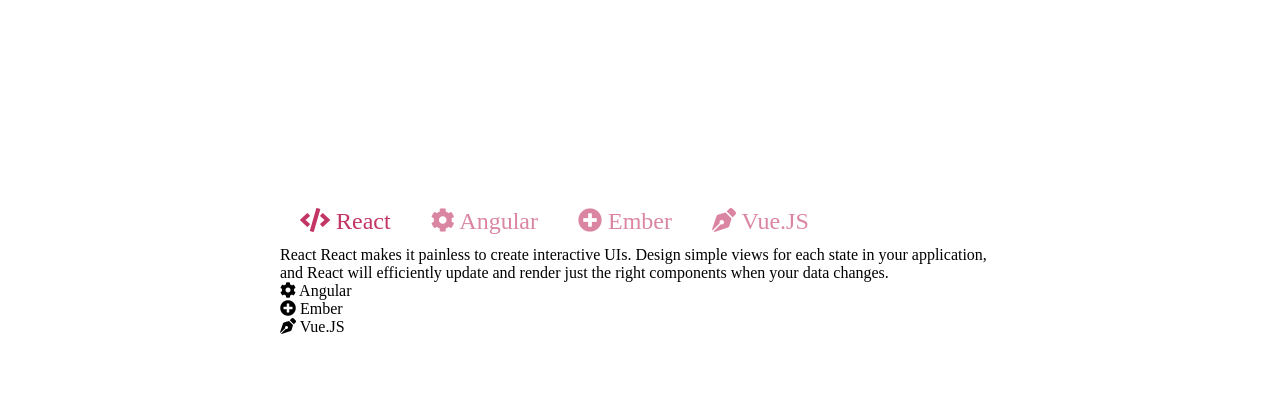
Repository: dovanthao2404/switch-tabs
Page: index.html
These files come from the project's save history. The page is drawn as it stood at one moment and after the next save; the edit follows.
The browser window is 1280 px wide. The pictures show the whole page.

Above is the page before, as saved 2021-06-27 20:20:58.

After the next save:
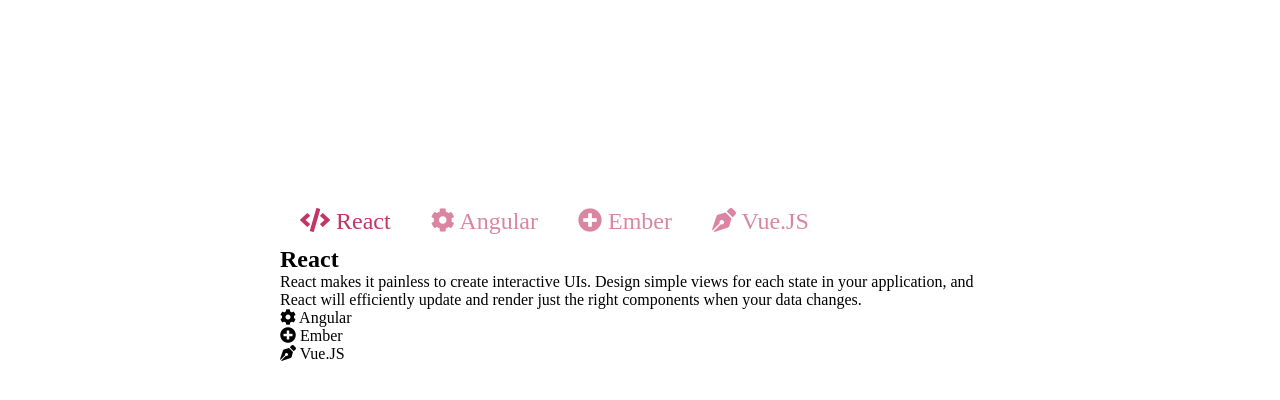
Saved 11 s later.
--- a/index.html
+++ b/index.html
@@ -35,9 +35,10 @@
     </div>
     <div class="tab-content">
       <div class="tab-pane active">
-        React
-        React makes it painless to create interactive UIs. Design simple views for each state in your application, and
-        React will efficiently update and render just the right components when your data changes.
+        <h2>React</h2>
+        <p>
+          React makes it painless to create interactive UIs. Design simple views for each state in your application, and
+          React will efficiently update and render just the right components when your data changes.</p>
       </div>
       <div class="tab-pane">
         <i class="tab-icon fas fa-cog"></i>
